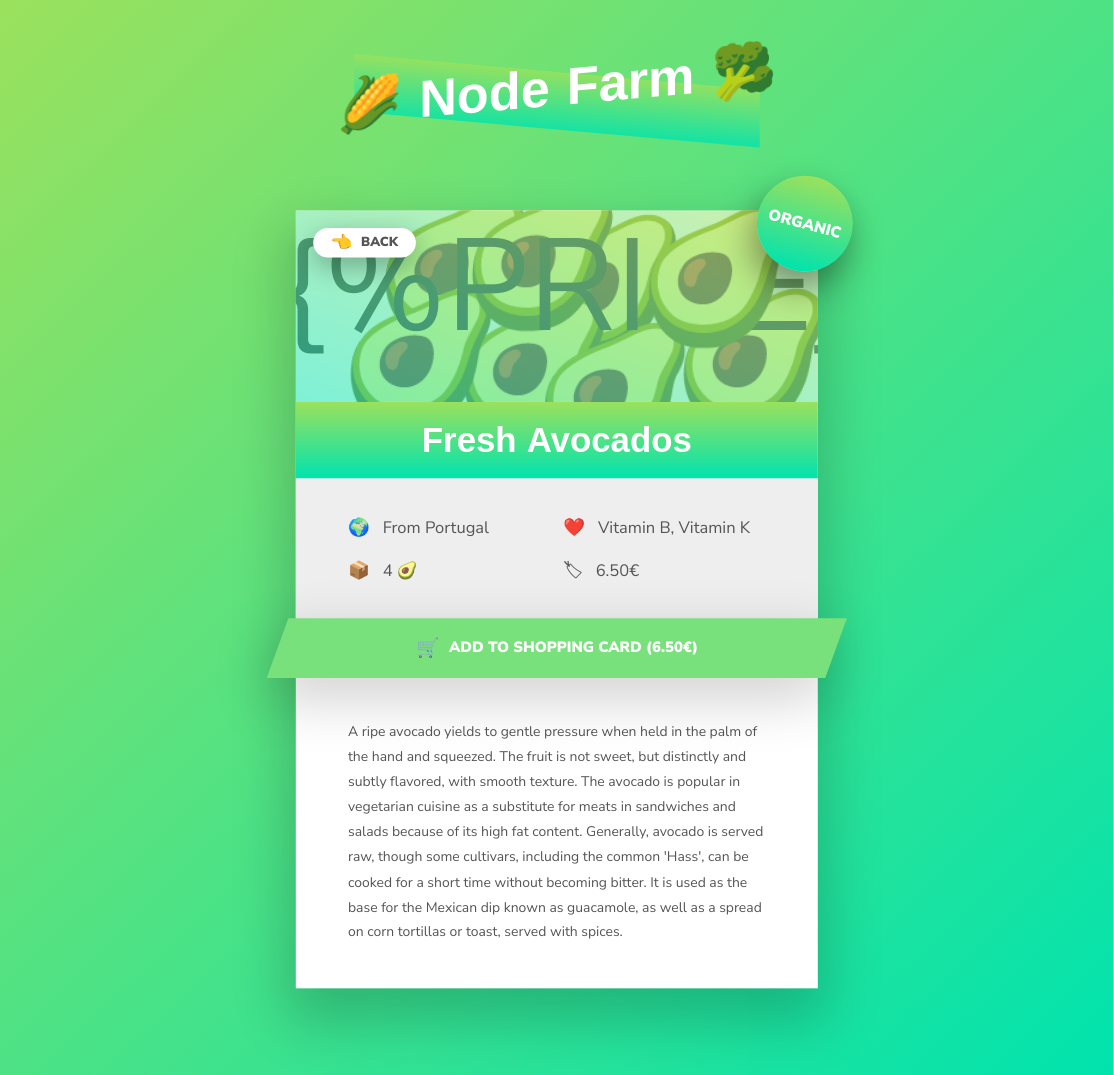
Repository: 13-Joban/Node_Farm_Backend
Page: templates/product.html
The author's editor kept a copy of each file at every save. The page is drawn from the files as they stood at one save, then again after a run of saves.
The browser window is 1280 px wide. The pictures show the whole page, at 87% of full size.
Some web fonts or font styles are not loaded; a fallback is used.

Above is the page before, as saved 2022-07-16 16:57:08.

After the next 2 saves:
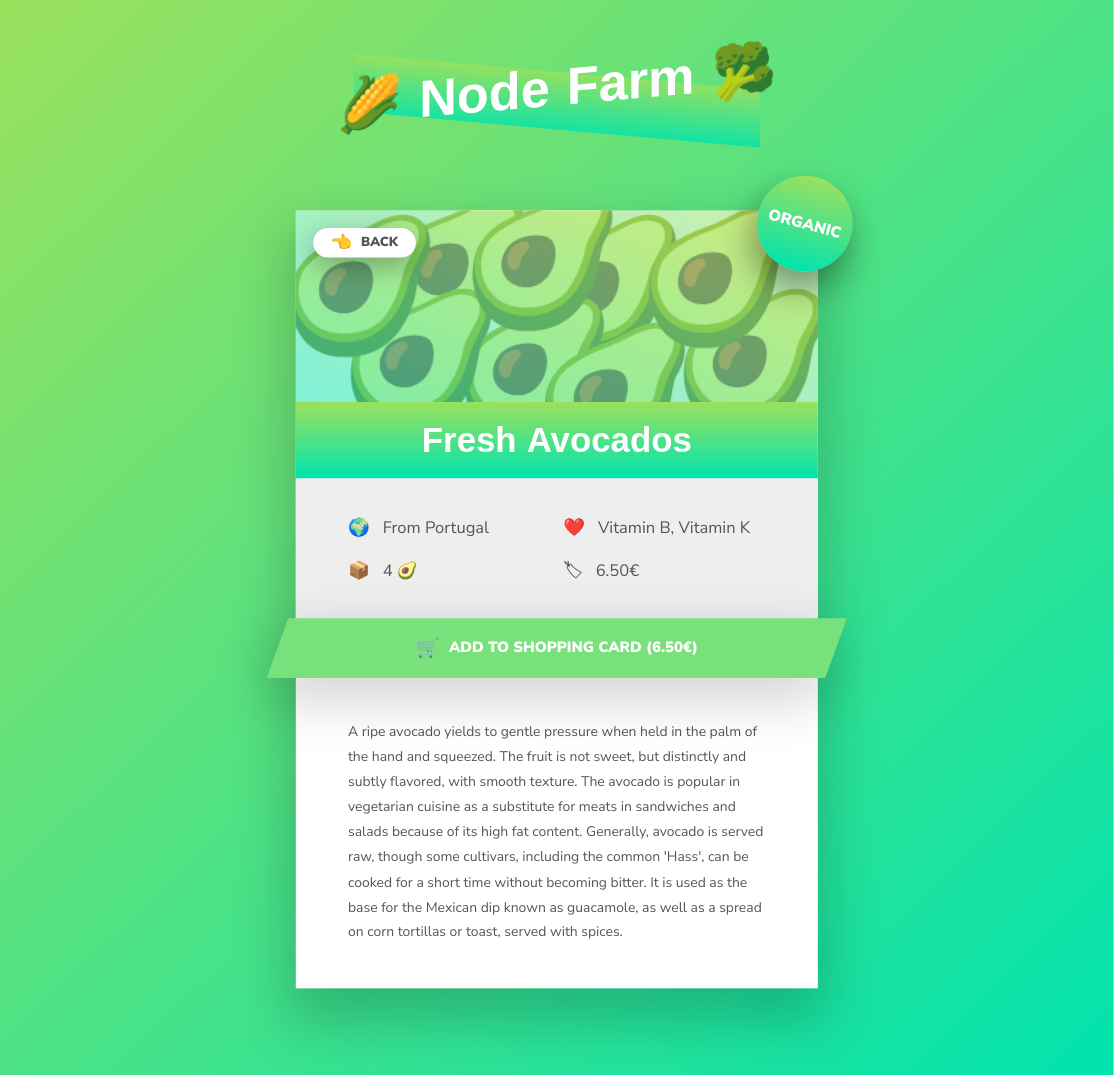
The 2 saves are shown as one change because they came seconds apart.
The last was saved 9 s later.
--- a/templates/product.html
+++ b/templates/product.html
@@ -275,7 +275,7 @@
           <span class="emoji-left">👈</span>Back
         </a>
         <div class="product__hero">
-          <span class="product__emoji product__emoji--1">{%PRICE}</span>
+          <span class="product__emoji product__emoji--1">🥑</span>
           <span class="product__emoji product__emoji--2">🥑</span>
           <span class="product__emoji product__emoji--3">🥑</span>
           <span class="product__emoji product__emoji--4">🥑</span>
